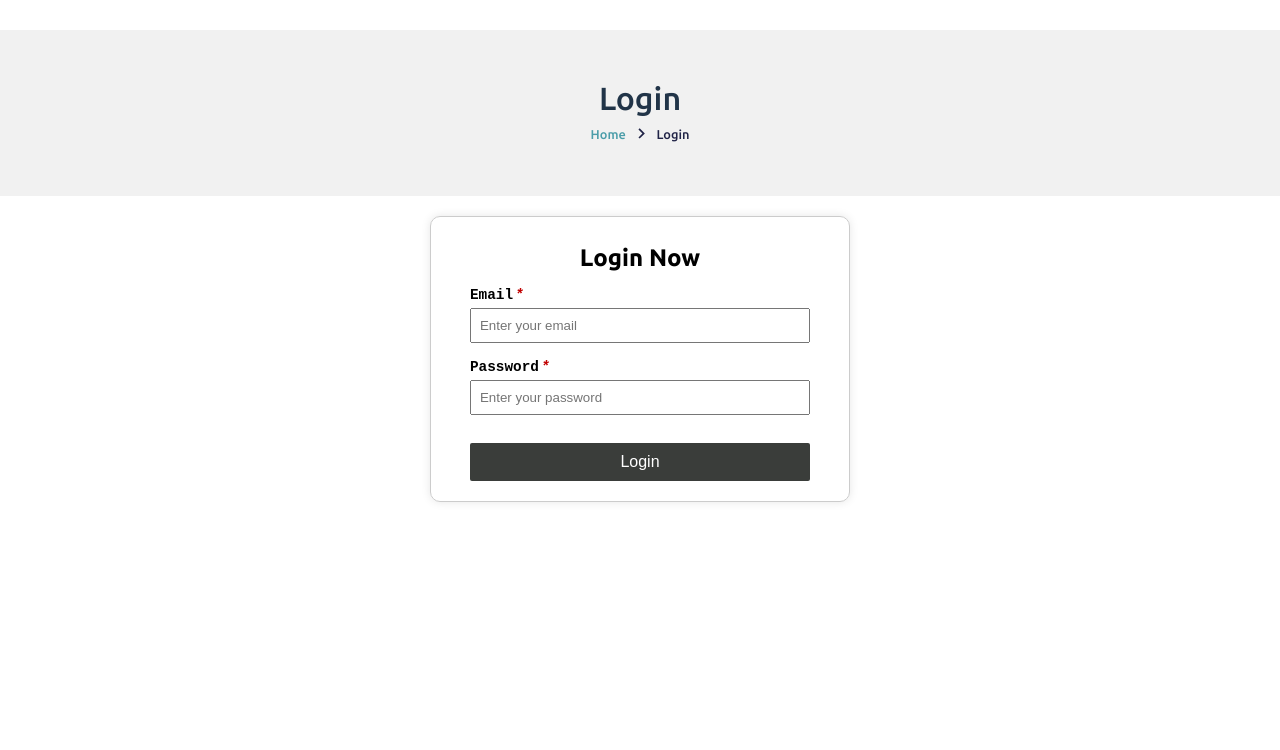
Repository: jkvekariya/Online-store-Management
Page: /auth/login (app in frontend/client/)
An editor plug-in stored every save of this project. The page is shown before and after the next save, followed by the edit.
The browser window is 1280 px wide. The pictures show the whole page.
Some web fonts or font styles are not loaded; a fallback is used. The project was rebuilt for these pictures with package versions that can differ from the ones it lists, and the page was loaded fresh each time. Also part of the build but not shown: frontend/client/vite.config.js, frontend/client/src/css/header.css, frontend/client/src/css/sidebar.css, frontend/client/src/components/Sidebar.jsx, frontend/client/src/context/CartContext.jsx, frontend/client/src/components/Header.jsx, frontend/client/src/css/footer.css, frontend/client/src/components/Footer.jsx and 11 more.

Above is the page before, as saved 2026-01-02 14:33:47.

### frontend/client/index.html
<!doctype html>
<html lang="en">
  <head>
    <meta charset="UTF-8" />
    <link rel="icon" type="image/svg+xml" href="/vite.svg" />
    <meta name="viewport" content="width=device-width, initial-scale=1.0" />
    <title>Online Store Management System</title>
  </head>
  <body>
    <div id="root"></div>
    <script type="module" src="/src/main.jsx"></script>
  </body>
</html>

### frontend/client/src/main.jsx
import React from 'react'
import ReactDOM from 'react-dom/client'
import { BrowserRouter } from 'react-router-dom'
import App from './App.jsx'
import './index.css'

ReactDOM.createRoot(document.getElementById('root')).render(
  <React.StrictMode>
    <BrowserRouter>
      <App />
    </BrowserRouter>
  </React.StrictMode>,
)

### frontend/client/src/App.jsx
import { Routes, Route } from "react-router-dom";

import AuthLayout from "./layout/AuthLayout";
import UserLayout from "./layout/UserLayout";
import AdminLayout from "./layout/AdminLayout";

import Login from "./pages/auth/Login";
import Signup from "./pages/auth/Signup";
import Home from "./pages/user/Home";
import Dashboard from "./pages/admin/Dashboard";
import Contact from "./pages/user/Contact";
import About from "./pages/user/About";
import Services from "./pages/user/Services";
import Shop from "./pages/user/Shop";

function App() {
  return (
    <Routes>

      {/* AUTH ROUTES */}
      <Route path="/auth" element={<AuthLayout />}>
        <Route path="login" element={<Login />} />
        <Route path="signup" element={<Signup />} />
      </Route>

      {/* USER ROUTES */}
      <Route path="/" element={<UserLayout />}>
        <Route index element={<Home />} />
        <Route path="pages/user/contact" element={<Contact />} />
        <Route path="pages/user/about" element={<About />} />
        <Route path="pages/user/services" element={<Services />} />
        <Route path="pages/user/shop" element={<Shop />} />
      </Route>

      {/* ADMIN ROUTES */}
      <Route path="/admin" element={<AdminLayout />}>
        <Route path="dashboard" element={<Dashboard />} />
      </Route>

    </Routes>
  );
}

export default App;

### frontend/client/src/index.css
* {
  margin: 0;
  padding: 0;
  box-sizing: border-box;
}

#root {
  min-height: 100vh;
}

### frontend/client/src/layout/AuthLayout.jsx
import { Outlet } from "react-router-dom";

const AuthLayout = () => {
  return (
    <div>
      {/* <h2>Auth Section</h2> */}
      <Outlet />
    </div>
  );
};

export default AuthLayout;

### frontend/client/src/pages/auth/Login.jsx
import React from 'react'
import { useState } from 'react'
import "../../css/login.css"
import Bodyheader from '../../components/BodyHeader';

const Login = () => {

    const [email, setEMail] = useState("");
    const [password, setPassword] = useState("");

  return (
    <>
        <Bodyheader title="Login"/>
         <div className='main-container'>
      <h2>Login Now</h2>
        <div className='email-box'>
            <label htmlFor="email">Email<em>*</em></label>
            <input type="email"
            id="login-email"
            value={email}
            onChange={(e) => setEMail(e.target.value)}
            placeholder='Enter your email'
            />
        </div>
        <div className='password-box'>
            <label htmlFor="password">Password<em>*</em></label>
            <input type="password"
            id="login-password"
            value={password}
            onChange={(e) => setPassword(e.target.value)}
            placeholder='Enter your password'
            />
        </div>
      <div className='btn'>
        <button onClick={() => {}}>Login</button>
      </div>
    </div>
    </>
  )
}

export default Login

### frontend/client/src/css/login.css
.main-container{
    width: 400px;
    margin: auto;
    border: 1px solid #ccc;
    padding: 20px;
    border-radius: 10px;
    box-shadow: 0 0 10px rgba(0, 0, 0, 0.1);
    margin-top: 50px;
    font-family: Arial, sans-serif;
    display: flex;
    justify-content: center;
    align-items: center;
    flex-direction: column;
}

label{
    font-size: 0.9rem;
    display: block;
    font-family: 'Courier New', Courier, monospace;
    font-weight: 700;
    /* margin-bottom: 5px; */
}

.main-container .email-box,.password-box{
 margin: 0.5rem 0;
}

.main-container .email-box .password-box label em{
    position: relative;
    display: inline-block;
    float: none;
    right: 0;
    margin-left: 2px;
    color: #c10000;
}

input{
    padding: 8px;
    width: 100%;
    margin-top: 5px;
}

.main-container h2{
    text-align: center;
    margin: 7px 0;
}

.btn{
    width: 100%;
    text-align: center;
}

button{
    width: 90%;
    border-radius: 2px;
    margin-top: 20px;
    padding: 10px 20px;
    font-size: 16px;
    cursor: pointer;
    background-color: #3a3d3a;
    color: white;
    border: none;
}

### frontend/client/src/components/BodyHeader.jsx
import "../css/bodyheader.css"
import {Link} from 'react-router-dom'
import { MdKeyboardArrowRight } from "react-icons/md";

const Bodyheader = ({title}) => {
  return (
    <>
        <div className="b-header-bg">
            <div className="page-title">
                <h2>{title}</h2>
                <div className="ul-links">
                <ul>
                    <li id="home-link">
                        <Link to='/'>Home</Link>
                    </li>
                       <li><MdKeyboardArrowRight/></li>
                    <li>
                        <Link to=''>{title}</Link>
                    </li>
                </ul>
                </div>
            </div>
        </div>
    </>
  )
}

export default Bodyheader;

### frontend/client/src/css/signup.css
@import url('https://fonts.googleapis.com/css2?family=BBH+Bartle&family=Nunito:ital,wght@0,200..1000;1,200..1000&family=Ubuntu:ital,wght@0,300;0,400;0,500;0,700;1,300;1,400;1,500;1,700&display=swap');

.main-container{
    width: 100%;
    max-width: 420px;
    margin: 20px auto;
    border: 1px solid #ccc;
    padding: 20px;
    border-radius: 10px;
    box-shadow: 0 0 10px rgba(0, 0, 0, 0.1);
    font-family: Arial, sans-serif;
    display: flex;
    justify-content: center;
    align-items: center;
    flex-direction: column;
}

label{
    font-size: 0.9rem;
    display: block;
    font-family: 'Courier New', Courier, monospace;
    font-weight: 700;
    /* margin-bottom: 5px; */
}

.main-container .email-box,.password-box,.first-name-box,.last-name-box{
 margin: 0.5rem 0;
 width: 90%;
}

.email-box label em{
    position: relative;
    display: inline-block;
    float: none;
    right: 0;
    margin-left: 2px;
    color: #c10000;
}
.password-box label em{
    position: relative;
    display: inline-block;
    float: none;
    right: 0;
    margin-left: 2px;
    color: #c10000;
}
.first-name-box label em{
    position: relative;
    display: inline-block;
    float: none;
    right: 0;
    margin-left: 2px;
    color: #c10000;
}
.last-name-box label em{
    position: relative;
    display: inline-block;
    float: none;
    right: 0;
    margin-left: 2px;
    color: #c10000;
}

input{
    /* padding: 8px; */
    width: 100%;
    margin-top: 5px;
    box-sizing: border-box;
}

.main-container h2{
    text-align: center;
    font-family: "Ubuntu", sans-serif;
    font-weight: 560;
    font-style: normal;
}

.btn{
    width: 100%;
    text-align: center;
}

button{
    margin-top: 20px;
    padding: 10px 20px;
    font-size: 16px;
    cursor: pointer;
    background-color: #3a3d3a;
    color: white;
    border: none;
}

### frontend/client/src/css/bodyheader.css
@import url('https://fonts.googleapis.com/css2?family=BBH+Bartle&family=Nunito:ital,wght@0,200..1000;1,200..1000&family=Ubuntu:ital,wght@0,300;0,400;0,500;0,700;1,300;1,400;1,500;1,700&display=swap');

* {
    padding: 0;
    margin: 0;
    box-sizing: border-box;
  }

:root {
    --background-color: #e6e6e68e;
    --header-text-color: #213448;
    --home-link-color: #4B9DA9;
    --title-color: #212447;
    --title-hover-color: #547792;
}

  .b-header-bg {
    margin-top: 30px;
    height: 23vh;
    width: 100vw;
    /* background-color: aqua; */
    background: var(--background-color);
    /* background-blend-mode: darken; */
    /* background-size: cover; */
    /* background-repeat: no-repeat; */
    /* background-position: center; */
    /* background-position-y: 56%; */
    display: flex;
    justify-content: center;
    align-items: center;
  }

  .b-header-bg .page-title {
    height: 10rem;
    width: 20rem;
    display: grid;
    place-items: center;
    align-content: center;
  }

  .b-header-bg .page-title h2 {
    font-size: 2rem;
    margin-bottom: 5px;
    color: var(--header-text-color);
    font-family: "Ubuntu", sans-serif;
    font-weight: 500;
    font-style: normal;
    position: relative;
    z-index: 100;
  }

   .b-header-bg .page-title .ul-links ul{
    /* height: 4rem; */
    width: 10rem;
    display: flex;
    justify-content: center;
    align-items: center;
    gap:0;
  }

  .b-header-bg .page-title .ul-links ul #home-link a {
    color: var(--home-link-color);
  }


  .b-header-bg .page-title .ul-links ul li{
    /* height: 2rem; */
    display: flex;
    justify-content: center;
    align-items: center;
  }

  .b-header-bg .page-title .ul-links ul li svg{
      font-size: 1.3rem;
      color: var(--title-color);
  }

  .b-header-bg .page-title .ul-links ul li a{
    width: max-content;
    text-decoration: none;
    padding: 5px;
    color: var(--title-color);
    font-family: "Ubuntu", sans-serif;
    font-weight: 450;
    font-style: normal;
    font-size: 0.8rem;
    font-style: normal;
  }

  .b-header-bg .page-title .ul-links ul li a:hover{
      color: var(--title-hover-color);
  }

Loaded but not shown: frontend/client/src/css/header.css (no copy from this time; the picture is the same without it)

After the next save:
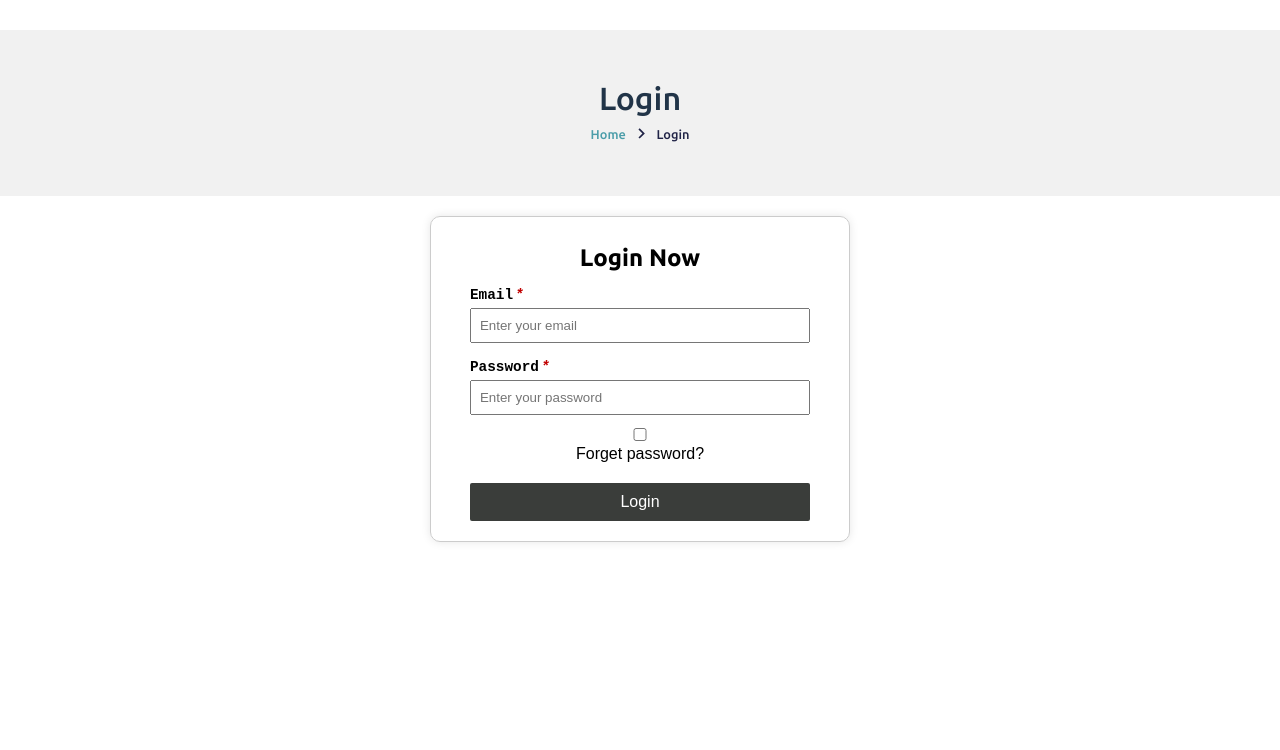
Saved 4 min 53 s later.
--- a/frontend/client/src/pages/auth/Login.jsx
+++ b/frontend/client/src/pages/auth/Login.jsx
@@ -31,6 +31,10 @@ const Login = () => {
             placeholder='Enter your password'
             />
         </div>
+        <div className='verify-forgetpassword'>
+            <input type="checkbox" id='checkbox' name='checkbox' />
+            <p>Forget password?</p>
+        </div>
       <div className='btn'>
         <button onClick={() => {}}>Login</button>
       </div>
